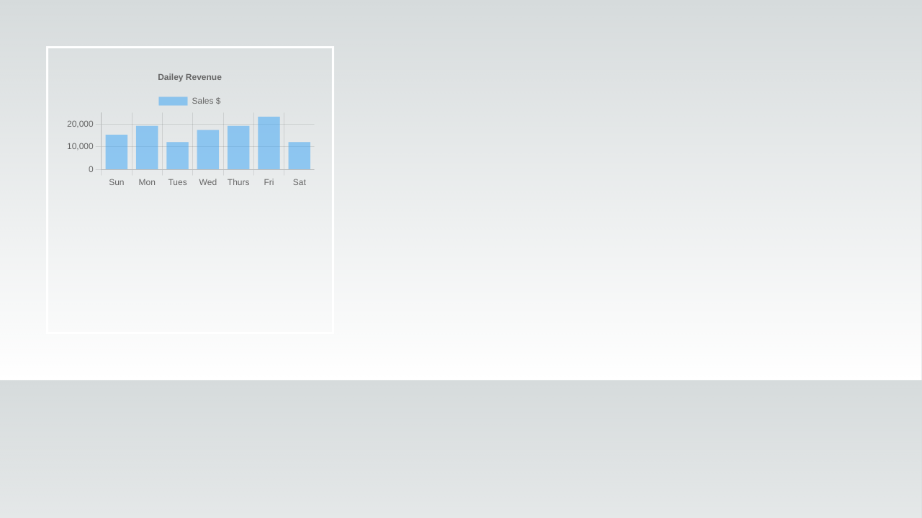
Repository: sierralaurent/MDIA2109-Class12
Page: /
An editor plug-in stored every save of this project. The page is shown before and after a run of saves, followed by the edit.
The browser window is 1280 px wide. The pictures show the whole page, at 72% of full size.
The project was rebuilt for these pictures with package versions that can differ from the ones it lists, and the page was loaded fresh each time. The framework's server and built-in components were replaced by stand-ins that run in the browser. Also part of the build but not shown: next.config.js, components/Doughnut/Doughnut.module.css.

Above is the page before, as saved 2023-03-24 09:35:56.

### pages/index.js
import Head from 'next/head'
import Image from 'next/image'
import styles from '@/styles/Home.module.css'
import BarChart from '@/components/BarChart'
import Doughnut from '@/components/Doughnut'

export default function Home() {
  return (
    <>
      <Head>
        <title>Create Next App</title>
        <meta name="description" content="Generated by create next app" />
        <meta name="viewport" content="width=device-width, initial-scale=1" />
        <link rel="icon" href="/favicon.ico" />
      </Head>
      <main className={styles.main}>
        <div className={styles.bar}>
        <BarChart />
        </div>
        <div>
        <Doughnut />
        </div>
      </main>
    </>
  )
}

### styles/Home.module.css
.bar {
  display: flex;
  justify-content: left;
  padding: 5%;
}

### components/BarChart/index.js
import { useState, useEffect } from "react";
import styles from './BarChart.module.css';

import { Bar } from 'react-chartjs-2'
import {
    Chart as ChartJS,
    CategoryScale,
    LinearScale,
    BarElement,
    Title,
    Tooltip,
    Legend
} from 'chart.js'

ChartJS.register(
    CategoryScale,
    LinearScale,
    BarElement,
    Title,
    Tooltip,
    Legend
)

export default function BarChart() {

    const [chartData, setChartData] = useState({
        datasets: []
    })
    const [chartOptions, setChartOptions] = useState({})

    useEffect(() => {
        setChartData({
            labels: ["Sun", "Mon", "Tues", "Wed", "Thurs", "Fri", "Sat"],
            datasets: [
                {
                    label: 'Sales $',
                    data: [15323,19213,12124,17423,19213,23214,12142],
                    borderColor: 'rgb(53,172,89)',
                    backgroundColor: 'rgba(53,162,245,0.5)'
                }
            ]
        })

        setChartOptions({
            plugins: {
                legend: {
                    position: 'top'
                },
                title: {
                    display: true,
                    text: "Dailey Revenue"
                }
            },
            maintainAspectRation: false,
            responsive: true
        })

    }, [])

    return(
        <>
        <div className={styles.container}>
            <Bar data={chartData} options={chartOptions}/>
        </div>
        </>
    )
}

### components/BarChart/BarChart.module.css
.container {
    width: 400px;
    height: 400px;
    border: 3px solid white;
    padding: 2%;
    padding-bottom: 0%;
}

### components/Doughnut/index.js
import { useState, useEffect } from "react";
import styles from './Doughnut.module.css';

import React from 'react';
import { Chart as ChartJS, ArcElement, Tooltip, Legend } from 'chart.js';
import { Doughnut } from 'react-chartjs-2';

ChartJS.register(ArcElement, Tooltip, Legend);

export const data = {
  labels: ['Red', 'Blue', 'Yellow', 'Green', 'Purple', 'Orange'],
  datasets: [
    {
      label: '# of Votes',
      data: [12, 19, 3, 5, 2, 3],
      backgroundColor: [
        'rgba(255, 99, 132, 0.2)',
        'rgba(54, 162, 235, 0.2)',
        'rgba(255, 206, 86, 0.2)',
        'rgba(75, 192, 192, 0.2)',
        'rgba(153, 102, 255, 0.2)',
        'rgba(255, 159, 64, 0.2)',
      ],
      borderColor: [
        'rgba(255, 99, 132, 1)',
        'rgba(54, 162, 235, 1)',
        'rgba(255, 206, 86, 1)',
        'rgba(75, 192, 192, 1)',
        'rgba(153, 102, 255, 1)',
        'rgba(255, 159, 64, 1)',
      ],
      borderWidth: 1,
    },
  ],
};

export default function App() {
  return
  <>
  <div>
  <Doughnut data={data} />
  </div>
  </>
}

Loaded but not shown: pages/_app.js (common file); pages/_document.js (common file); styles/globals.css (common file)

After the next 5 saves:
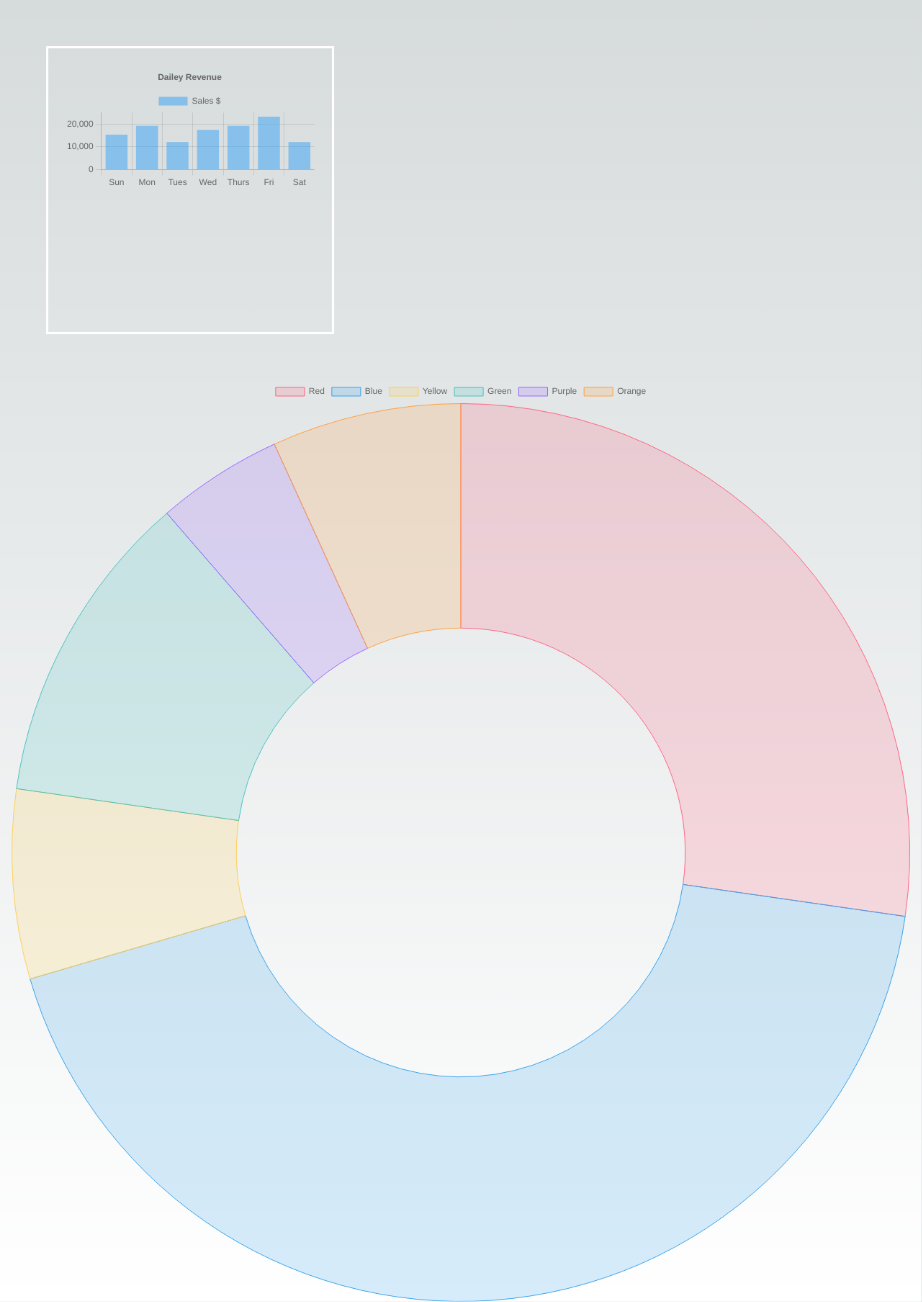
The 5 saves are shown as one change because 4 did not build or start.
The last was saved 6 min 11 s later.
--- a/components/Doughnut/index.js
+++ b/components/Doughnut/index.js
@@ -35,10 +35,11 @@ export const data = {
 };
 
 export default function App() {
-  return
-  <>
-  <div>
-  <Doughnut data={data} />
-  </div>
-  </>
+  return (
+   <>
+   <div>
+   <Doughnut data={data} />
+   </div>
+   </>
+  )
 }
